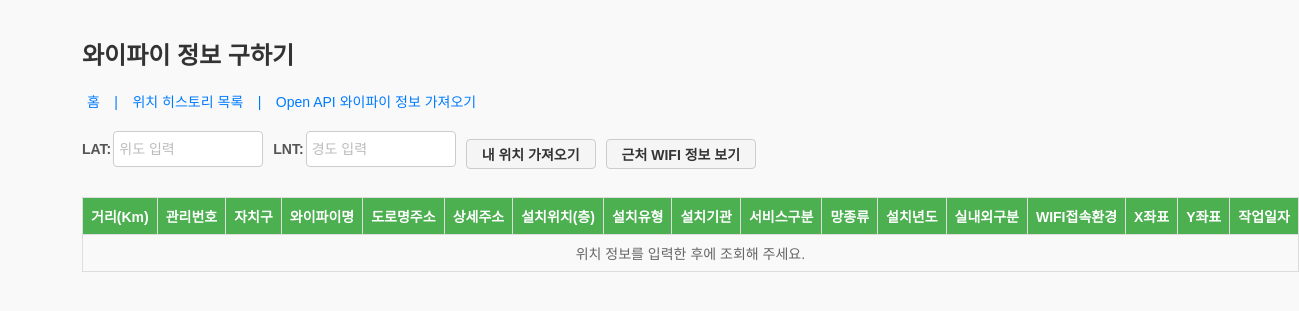
Repository: sangpyolee0/zerobase_task
Page: http://localhost/WifiProject/
The author's editor kept a copy of each file at every save. The page is drawn from the files as they stood at one save, then again after the next save.
The browser window is 1280 px wide. The page is 1299 px wide, so the pictures cover 1299 px, including what lies to the right of the window. The pictures show the whole page.
The page is served by Tomcat 9. Other server files are loaded and not shown.

Above is the page before, as saved 2024-12-08 16:47:51.

### WifiProject/src/main/webapp/index.jsp
<%@ page language="java" contentType="text/html; charset=UTF-8" pageEncoding="UTF-8"%>
<!DOCTYPE html>
<html>
<head>
    <title>와이파이 정보 구하기</title>
    <link rel="stylesheet" type="text/css" href="css/style.css">
    <link rel="stylesheet" type="text/css" href="css/index.css">
</head>
<body>
    <div class="container">
        <h1>와이파이 정보 구하기</h1>
        <nav>
              <a href="index.jsp">홈</a>
            <span>|</span>
            <a href="history.jsp">위치 히스토리 목록</a>
            <span>|</span>
            <a href="add-wifi.jsp">Open API 와이파이 정보 가져오기</a>
        </nav>
        <form action="nearby-wifi.jsp" method="get">
            <label>LAT: <input type="text" name="lat" placeholder="위도 입력"></label>
            <label>LNT: <input type="text" name="lnt" placeholder="경도 입력"></label>
            <button type="button">내 위치 가져오기</button>
            <button type="submit">근처 WIFI 정보 보기</button>
        </form>
        <table>
            <thead>
                <tr>
                    <th>거리(Km)</th>
                    <th>관리번호</th>
                    <th>자치구</th>
                    <th>와이파이명</th>
                    <th>도로명주소</th>
                    <th>상세주소</th>
                    <th>설치위치(층)</th>
                    <th>설치유형</th>
                    <th>설치기관</th>
                    <th>서비스구분</th>
                    <th>망종류</th>
                    <th>설치년도</th>
                    <th>실내외구분</th>
                    <th>WIFI접속환경</th>
                    <th>X좌표</th>
                    <th>Y좌표</th>
                    <th>작업일자</th>
                </tr>
            </thead>
            <tbody>
                <tr>
                    <td colspan="17" class="message">위치 정보를 입력한 후에 조회해 주세요.</td>
                </tr>
            </tbody>
        </table>
    </div>
</body>
</html>

### WifiProject/src/main/webapp/css/style.css
/* style.css */
body {
    font-family: Arial, sans-serif;
    margin: 0;
    padding: 20px;
    background-color: #f9f9f9;
}

h1, h3 {
    color: #333;
}

nav {
    margin-bottom: 20px;
}

nav a {
    text-decoration: none;
    color: #007BFF;
    margin-right: 10px;
}

nav a:hover {
    text-decoration: underline;
}

form label {
    display: block;
    margin-bottom: 10px;
}

button {
    background-color: #007BFF;
    color: white;
    border: none;
    padding: 10px 15px;
    cursor: pointer;
    border-radius: 5px;
}

button:hover {
    background-color: #0056b3;
}

table {
    width: 100%;
    border-collapse: collapse;
    margin-top: 20px;
}

table th, table td {
    border: 1px solid #ddd;
    padding: 8px;
    text-align: left;
}

table th {
    background-color: #f2f2f2;
}

### WifiProject/src/main/webapp/css/index.css
/* index.css: 네비게이션 구분자 및 입력 필드 간격 조정 */
body {
    font-family: Arial, sans-serif;
    margin: 0;
    padding: 20px;
    background-color: #f9f9f9;
}

.container {
    width: 90%;
    max-width: 1200px;
    margin: 0 auto;
}

h1 {
    font-size: 24px;
    color: #333;
    margin-bottom: 20px;
}

nav {
    margin-bottom: 20px;
}

nav a, nav span {
    text-decoration: none;
    color: #007BFF; /* 하이퍼링크 색상과 동일 */
    margin: 0 5px;
    font-size: 14px;
}

nav span:hover {
    text-decoration: underline; /* 구분자에 호버 시 밑줄 */
}

form {
    margin-bottom: 20px;
    display: flex;
    align-items: center; /* 입력 필드와 버튼 높이 정렬 */
    gap: 10px; /* 입력 필드와 버튼 간 간격 */
}

form label {
    font-size: 14px;
    color: #555;
    font-weight: bold;
    display: flex;
    align-items: center; /* 텍스트와 입력 필드 정렬 */
    gap: 2px; /* label 텍스트와 입력 필드 간격 */
}

form input {
    padding: 5px;
    font-size: 14px;
    border: 1px solid #ccc;
    border-radius: 4px;
    width: 150px;
    height: 36px; /* 버튼과 동일한 높이 */
    box-sizing: border-box; /* 패딩 포함 */
}

form input::placeholder {
    color: #bbb;
}

form button {
    background-color: #f5f5f5; /* 회색 배경 */
    color: #333;
    border: 1px solid #ccc;
    padding: 0 15px;
    font-size: 14px;
    border-radius: 4px;
    cursor: pointer;
    height: 30px; /* 입력 필드와 동일한 높이 */
    display: flex;
    align-items: center;
    justify-content: center;
    font-weight: bold;
}

form button:hover {
    background-color: #e0e0e0; /* 버튼 호버 시 약간 어두운 회색 */
}


form button:last-of-type {
    background-color: #f5f5f5; /* 회색 배경 */
    color: #333;
    border: 1px solid #ccc;
}

form button:last-of-type:hover {
    background-color: #e0e0e0;
}


table {
    width: 100%;
    border-collapse: collapse;
    margin-top: 20px;
}

/* index.css: 테이블 텍스트 줄 바꿈 방지 및 너비 조정 */
table th, table td {
    border: 1px solid #ddd;
    padding: 8px;
    text-align: center;
    font-size: 14px;
    white-space: nowrap; /* 텍스트 줄 바꿈 방지 */
}

table th {
    background-color: #4CAF50;
    color: white;
    font-weight: bold;
}

table td {
    max-width: 200px; /* 셀의 최대 너비를 제한 */
    overflow: hidden;
    text-overflow: ellipsis; /* 텍스트가 너무 길 경우 말줄임표 표시 */
}

table tr:nth-child(even) {
    background-color: #f2f2f2;
}

table tr:hover {
    background-color: #ddd;
}


.message {
    font-size: 14px;
    color: #666;
    text-align: center;
    margin-top: 20px;
}

After the next save:
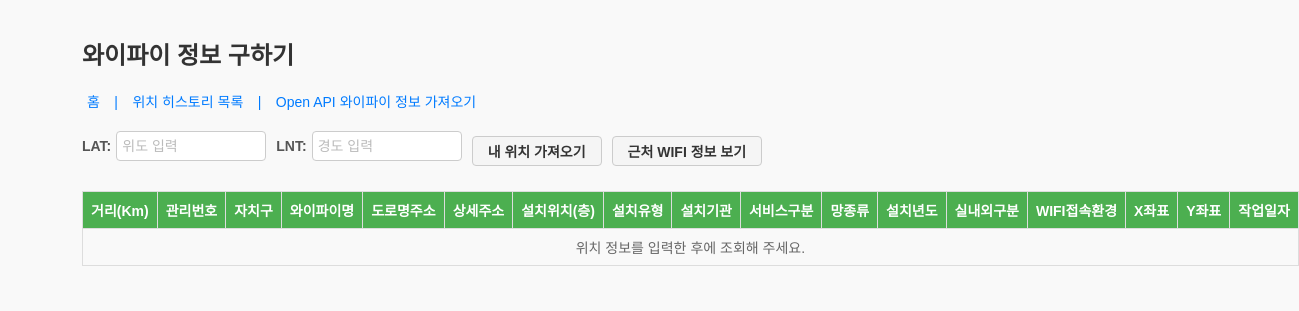
Saved 46 s later.
--- a/WifiProject/src/main/webapp/css/index.css
+++ b/WifiProject/src/main/webapp/css/index.css
@@ -46,7 +46,7 @@ form label {
     font-weight: bold;
     display: flex;
     align-items: center; /* 텍스트와 입력 필드 정렬 */
-    gap: 2px; /* label 텍스트와 입력 필드 간격 */
+    gap: 5px; /* label 텍스트와 입력 필드 간격 */
 }
 
 form input {
@@ -55,7 +55,7 @@ form input {
     border: 1px solid #ccc;
     border-radius: 4px;
     width: 150px;
-    height: 36px; /* 버튼과 동일한 높이 */
+    height: 30px; /* 버튼과 동일한 높이 */
     box-sizing: border-box; /* 패딩 포함 */
 }
 
